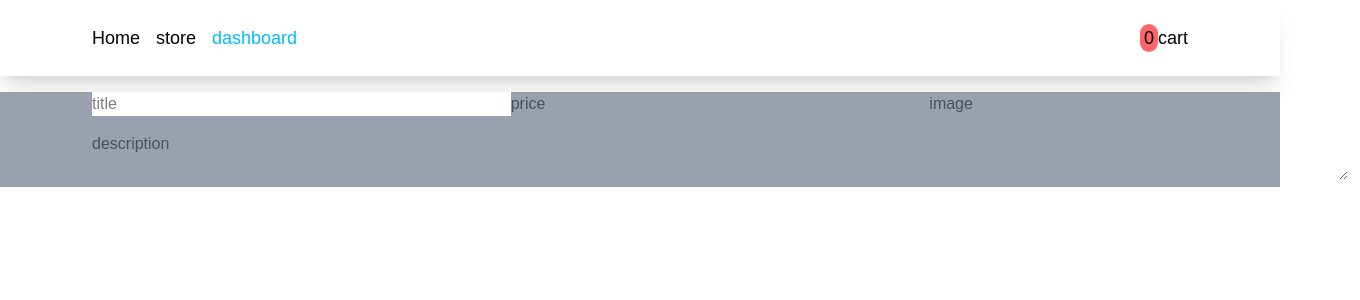
Repository: Rohullah-Noori/Nextjs-online-shop
Page: /dashboard
These files come from the project's save history. The page is drawn as it stood at one moment and after the next save; the edit follows.
The browser window is 1280 px wide. The page is 1360 px wide, so the pictures cover 1360 px, including what lies to the right of the window. The pictures show the whole page.
The project was rebuilt for these pictures with package versions that can differ from the ones it lists, and the page was loaded fresh each time. The framework's server and built-in components were replaced by stand-ins that run in the browser. Also part of the build but not shown: next.config.ts.

Above is the page before, as saved 2025-05-28 10:47:00.

After the next save:
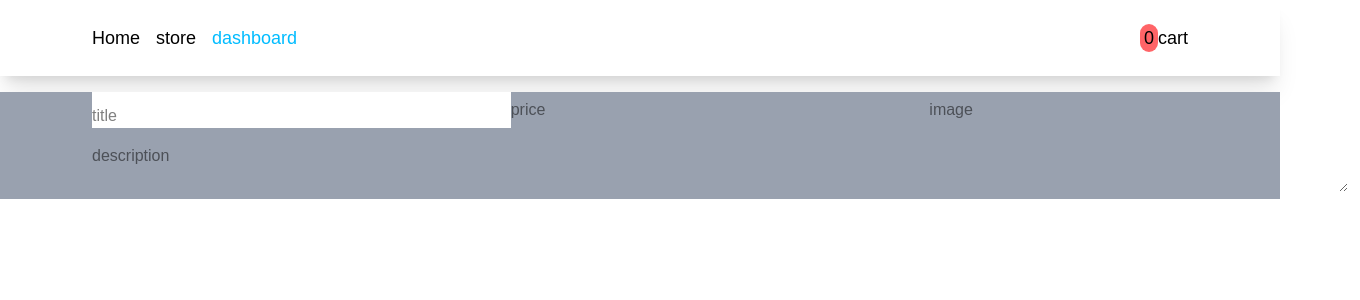
Saved 9 s later.
--- a/src/app/dashboard/page.tsx
+++ b/src/app/dashboard/page.tsx
@@ -7,7 +7,7 @@
       <Container>
         <div className="mx-3">
           <div className="grid grid-cols-3 gap-y-2 mt-2 mb-4  ">
-            <input type="text" placeholder="title" className="bg-white" />
+            <input type="text" placeholder="title" className="bg-white pt-3" />
             <input type="text" placeholder="price" />
             <input type="text" placeholder="image" />
           </div>

After the save that followed:
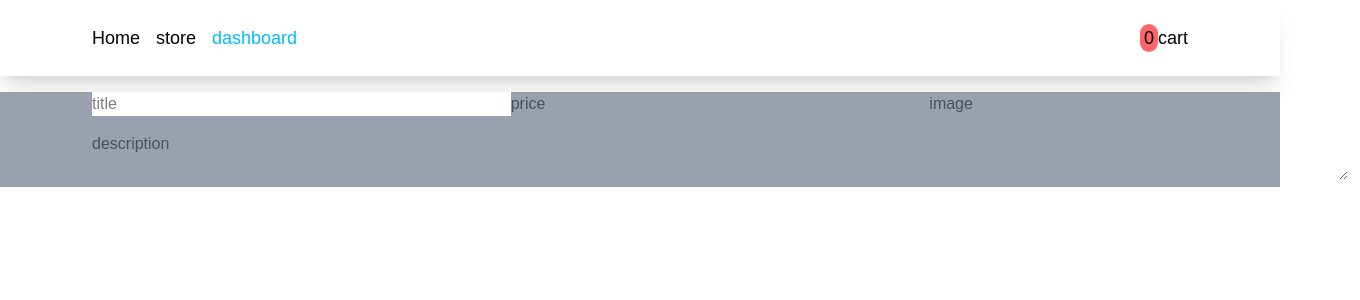
Saved 5 s later.
--- a/src/app/dashboard/page.tsx
+++ b/src/app/dashboard/page.tsx
@@ -7,7 +7,7 @@
       <Container>
         <div className="mx-3">
           <div className="grid grid-cols-3 gap-y-2 mt-2 mb-4  ">
-            <input type="text" placeholder="title" className="bg-white pt-3" />
+            <input type="text" placeholder="title" className="bg-white" />
             <input type="text" placeholder="price" />
             <input type="text" placeholder="image" />
           </div>
